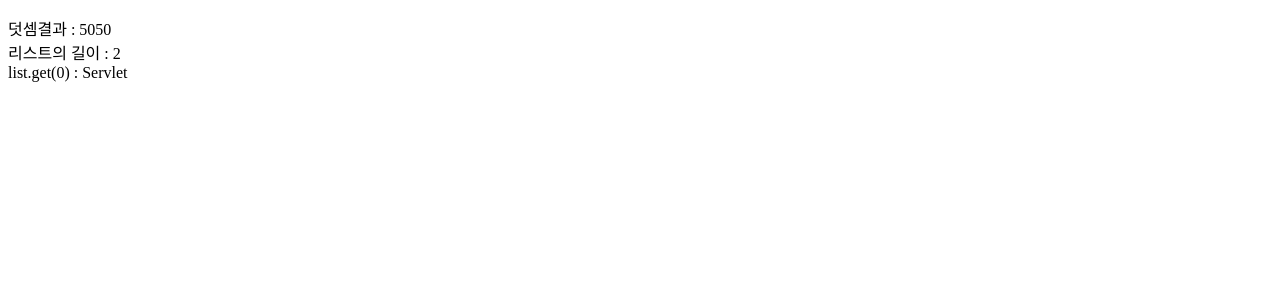
Repository: pje00427/webserver_workspace1
Page: http://localhost/2_JSP/views/02_directivePage.jsp
These files come from the project's save history. The page is drawn as it stood at one moment and after the next save; the edit follows.
The browser window is 1280 px wide. The pictures show the whole page.
The page is served by Tomcat 9.

Above is the page before, as saved 2020-08-31 02:30:34.

After the next save:
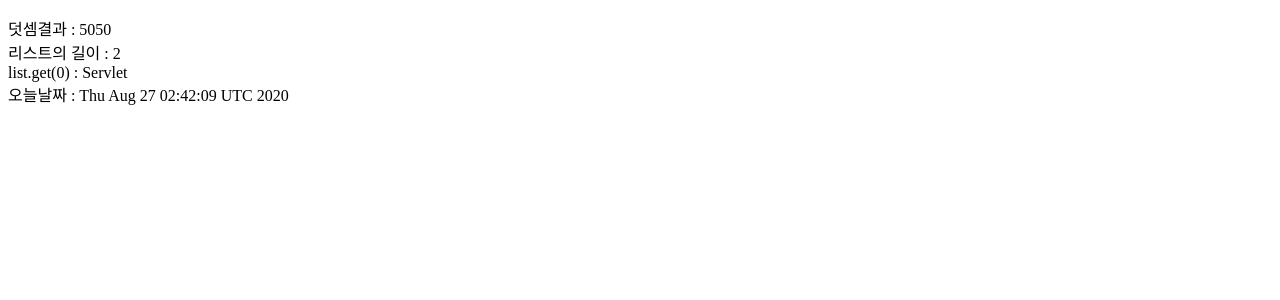
Saved 55 s later.
--- a/2_JSP/WebContent/views/02_directivePage.jsp
+++ b/2_JSP/WebContent/views/02_directivePage.jsp
@@ -23,14 +23,14 @@
 		list.add("Servlet");// 0번인덱스
 		list.add("JSP");	// 1번인덱스
 
-		Date todat = new Date(); // 기본생성자로 생성하면, 현재날짜(년월일시분초) == 시스템 날짜
+		Date today = new Date(); // 기본생성자로 생성하면, 현재날짜(년월일시분초) == 시스템 날짜
 
 	%>
 	<p>
 		덧셈결과 : <%= sum %><br>
 		리스트의 길이 : <%= list.size() %><br>
 		list.get(0) : <%= list.get(0) %><br>
-
+		오늘날짜 : <%= today %><br>
 	</p>
 </body>
 </html>
